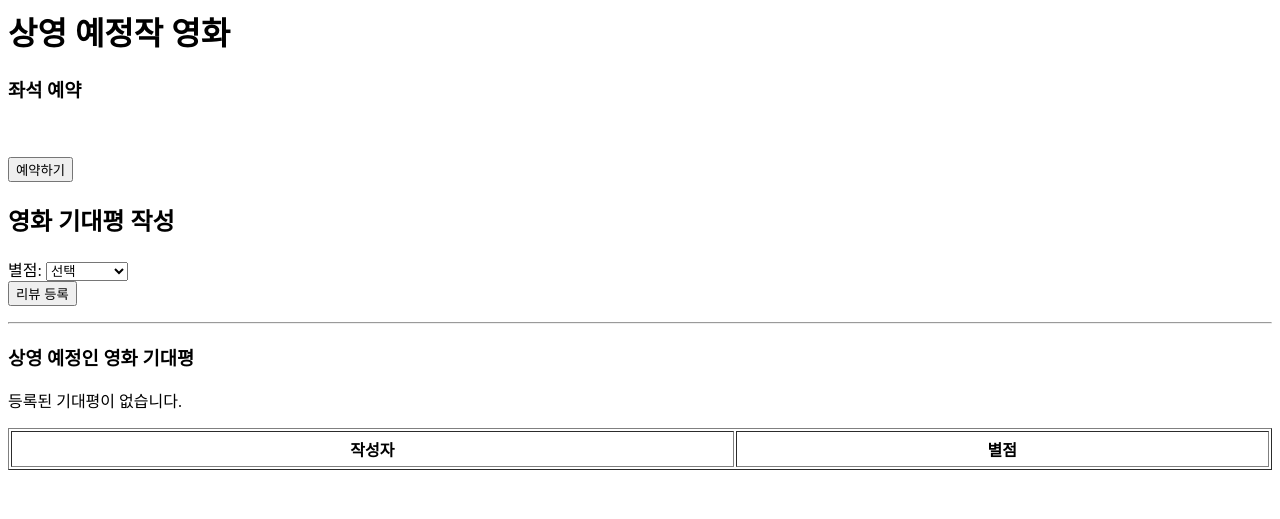
Repository: smallomg/bg-spring
Page: http://localhost/test3/WEB-INF/views/scoreForm.jsp
The author's editor kept a copy of each file at every save. The page is drawn from the files as they stood at one save, then again after the next save.
The browser window is 1280 px wide. The pictures show the whole page.
The page is served by Tomcat 10. Nobody is signed in. The template is opened directly, without the code that normally fills it, so the values that code supplies are empty.

Above is the page before, as saved 2025-05-14 05:44:20.

After the next save:
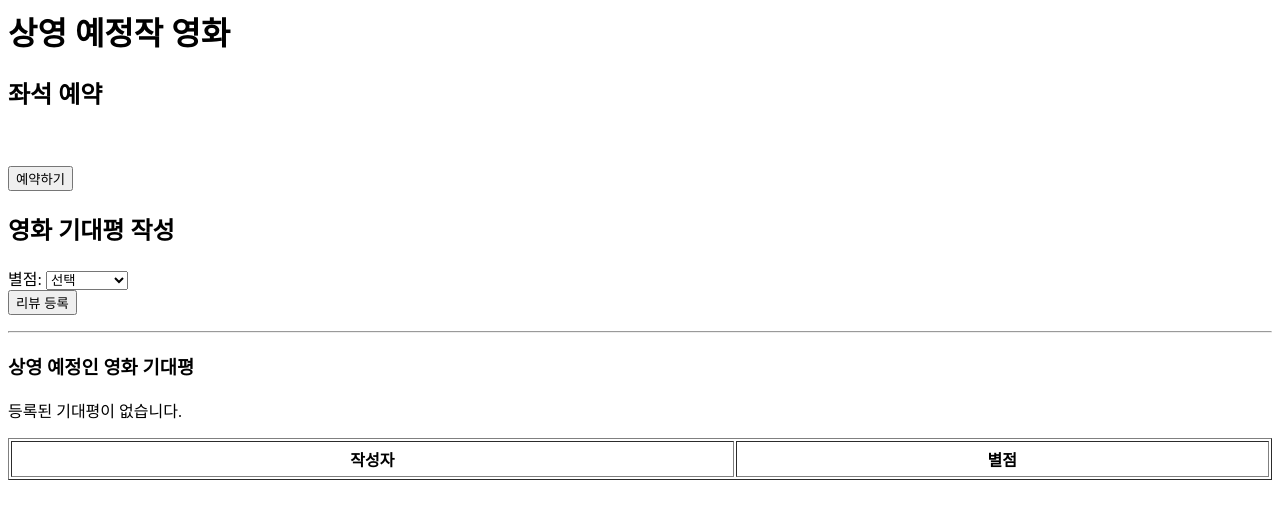
Saved 5 s later.
--- a/ldy_spring/test3/src/main/webapp/WEB-INF/views/scoreForm.jsp
+++ b/ldy_spring/test3/src/main/webapp/WEB-INF/views/scoreForm.jsp
@@ -2,7 +2,7 @@
 <%@ taglib prefix="c" uri="jakarta.tags.core"%>
 <h1>상영 예정작 영화</h1>
 
-<h3>좌석 예약</h3>
+<h2>좌석 예약</h2>
 <form action="/seat/reserve" method="post">
     <input type="hidden" name="mno" value="${mno}" />
 
